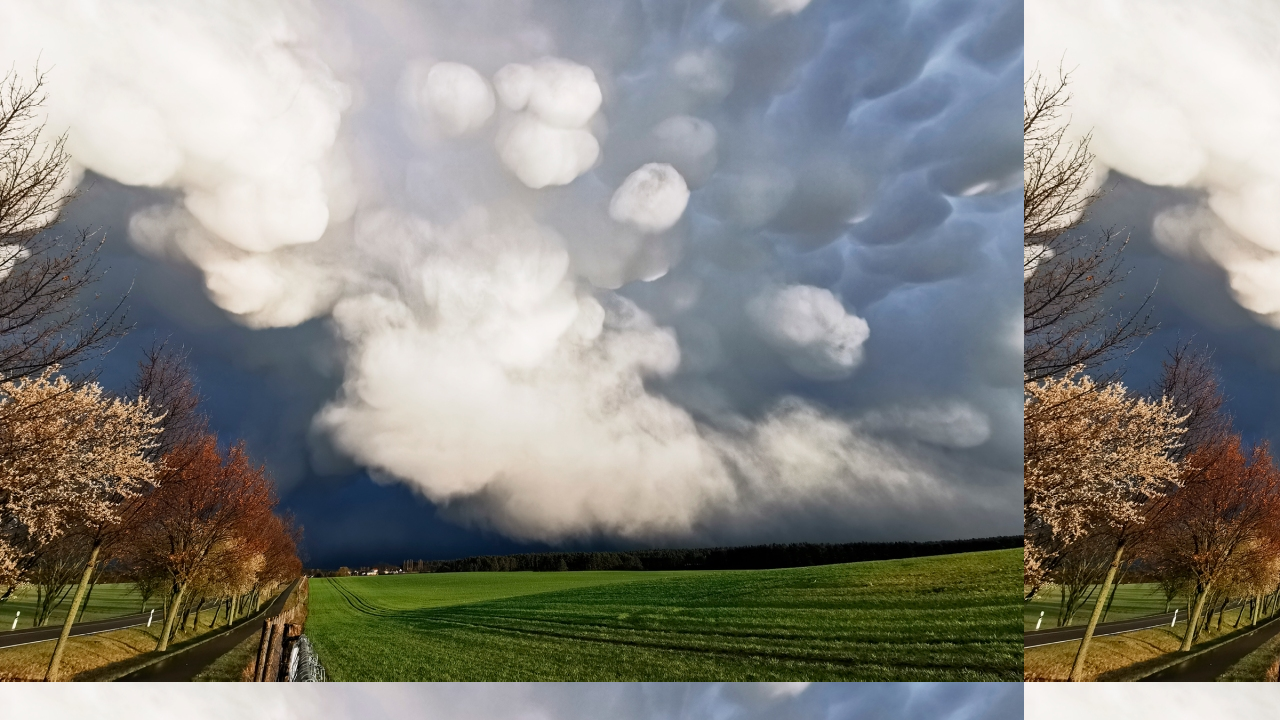
Repository: heartbreathing/searchWeather
Page: index.html
The author's editor kept a copy of each file at every save. The page is drawn from the files as they stood at one save, then again after the next save.
The browser window is 1280 px wide. The pictures show the whole page.

Above is the page before, as saved 2022-11-06 22:27:08.

After the next save:
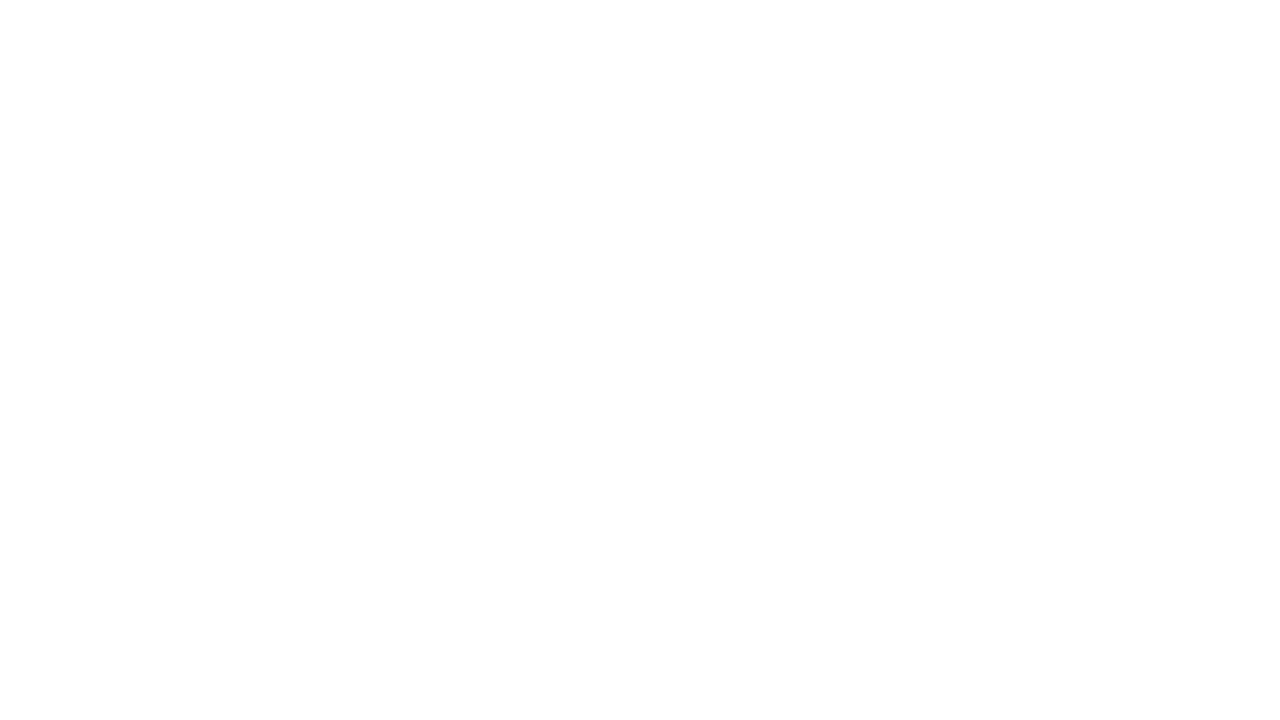
Saved 9 s later.
--- a/index.css
+++ b/index.css
@@ -4,7 +4,7 @@
     box-sizing: border-box ;
 }
 body {
-    background-image: url(./image/background_image.jpg) ;
+    /* background-image: url(./image/background_image.jpg) ; */
     font-family: 'Lucida Sans', 'Lucida Sans Regular', 'Lucida Grande', 'Lucida Sans Unicode', Geneva, Verdana, sans-serif ;
     color: brown;
 }

After the 6 saves that followed:
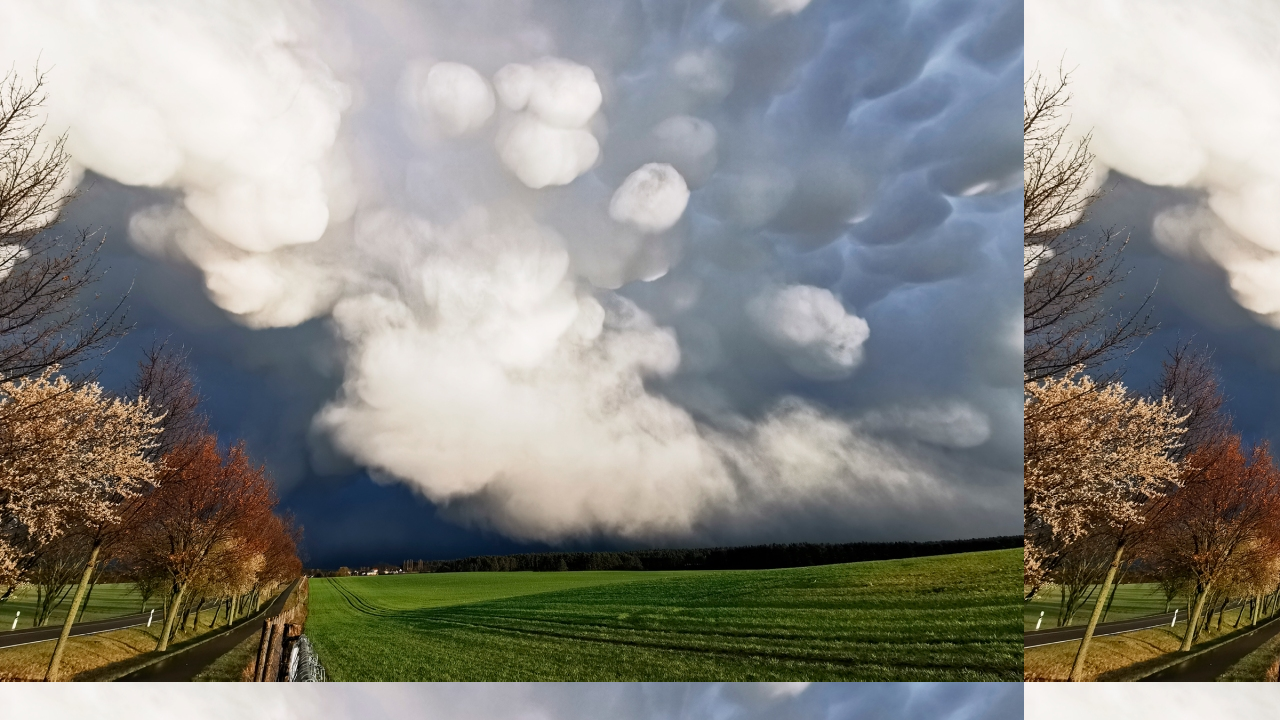
The 6 saves are shown as one change because 2 left the picture as it was and some came seconds apart.
The last was saved 74 s later.
--- a/index.css
+++ b/index.css
@@ -4,15 +4,16 @@
     box-sizing: border-box ;
 }
 body {
-    /* background-image: url(./image/background_image.jpg) ; */
-    font-family: 'Lucida Sans', 'Lucida Sans Regular', 'Lucida Grande', 'Lucida Sans Unicode', Geneva, Verdana, sans-serif ;
-    color: brown;
+    background-image: url(./image/background_image.jpg) ;
+    /* font-family: 'Lucida Sans', 'Lucida Sans Regular', 'Lucida Grande', 'Lucida Sans Unicode', Geneva, Verdana, sans-serif ;
+    color: brown; */
 }
 .content {
+    width: 300px;
+    height: 300px;
     top:50%;
     left:50%;
     transform: translate(-50%, -50%);
-    width: 300px;
-    height: 300px;
-    z-index: 1;
+
+
 }
